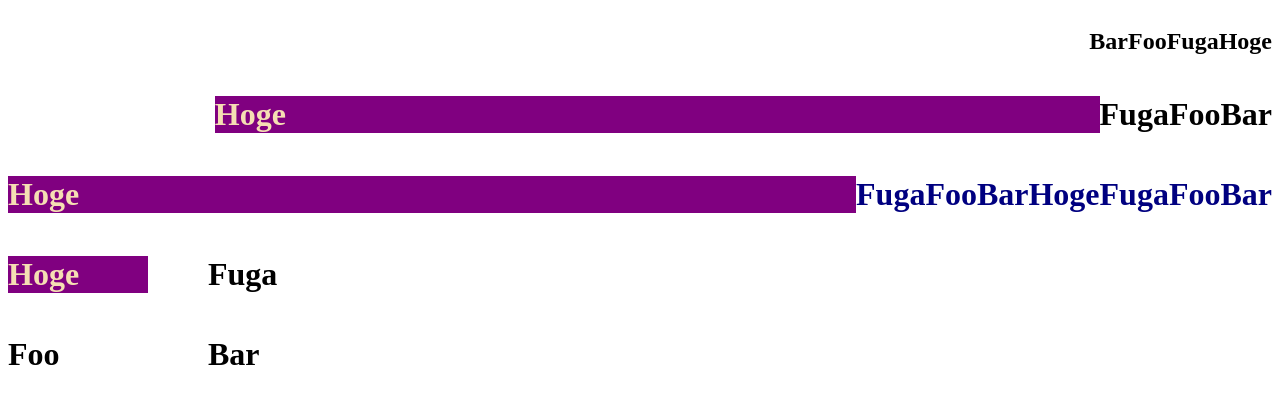
Repository: oubuzenmei/samurai_HTML-CSS
Page: index/images/hoge.html
The author's editor kept a record of every edit. The page is drawn from the files as they stood at one moment, then again after the next edit.
The browser window is 1280 px wide. The pictures show the whole page.

Above is the page before.

After the next edit:
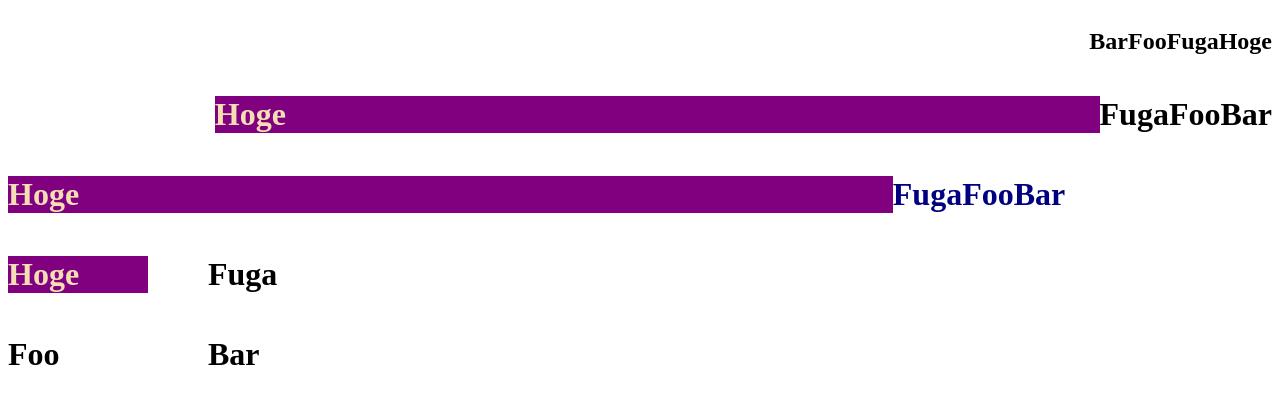
The edit:
--- a/index/images/hoge.html
+++ b/index/images/hoge.html
@@ -50,10 +50,6 @@
             <h1>Fuga</h1>
             <h1>Foo</h1>
             <h1>Bar</h1>
-            <h1>Hoge</h1>
-            <h1>Fuga</h1>
-            <h1>Foo</h1>
-            <h1>Bar</h1>
         </div>
 
         <div id="grid">
